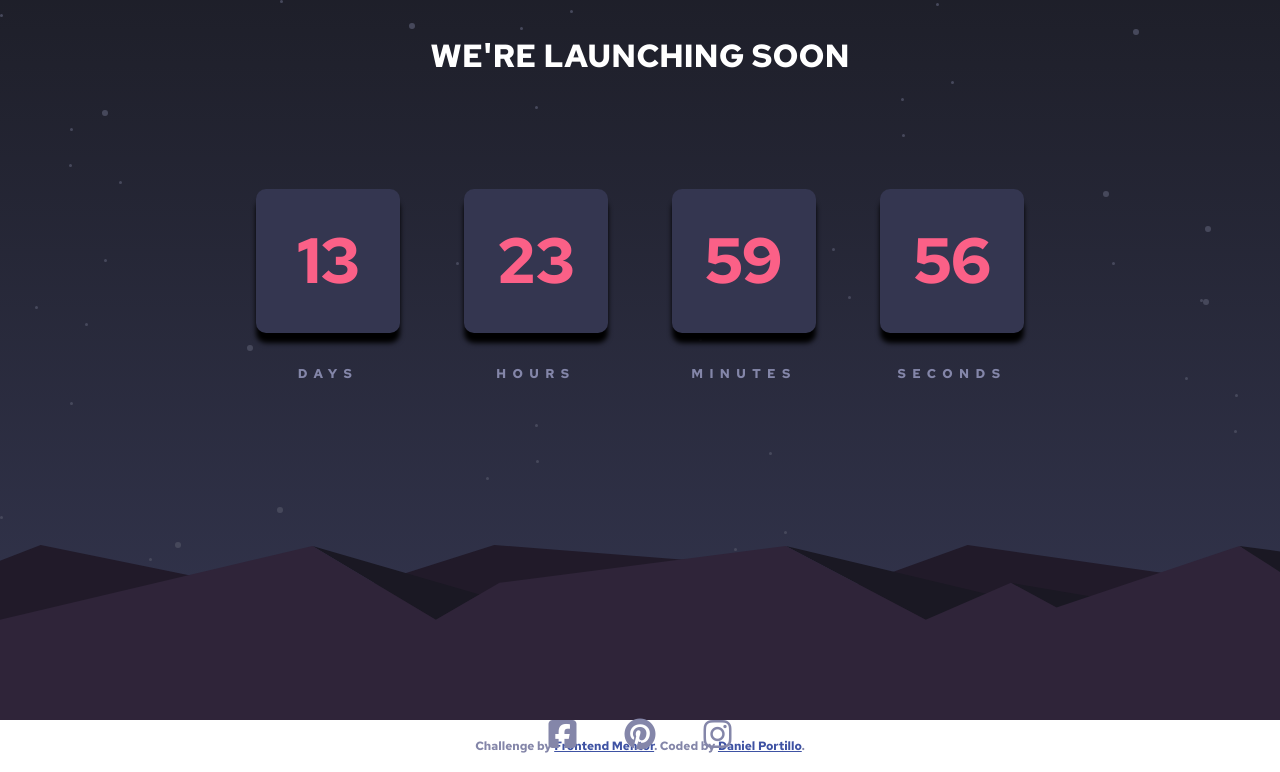
Repository: dportillo23/launch-countdown-timer-main
Page: index.html
These files come from the project's save history. The page is drawn as it stood at one moment and after the next save; the edit follows.
The browser window is 1280 px wide. The pictures show the whole page.
Some web libraries are served in a nearby version. The style sheet was rebuilt from its Sass, Less or Tailwind sources for each picture, by a compiler version that may differ from the author's.

Above is the page before, as saved 2021-07-01 13:17:26.

After the next save:
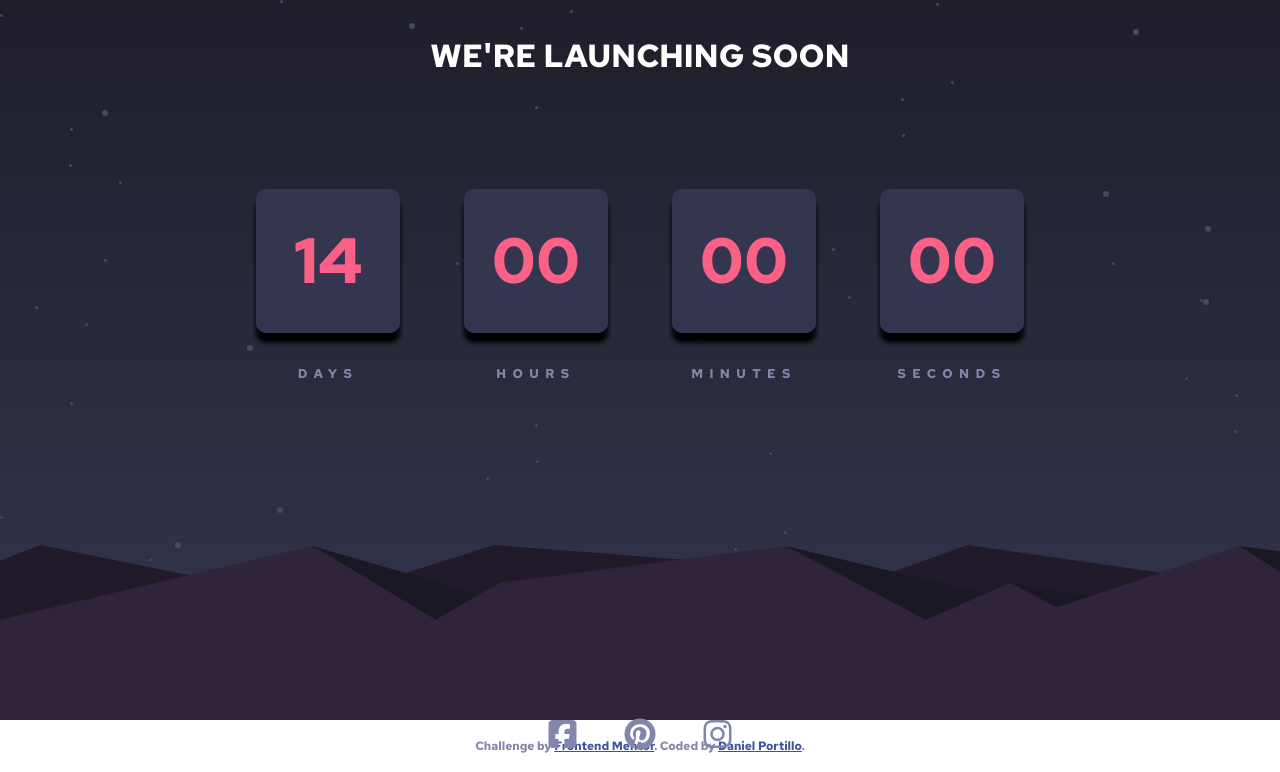
Console error: ReferenceError: sistyToZero is not defined
Saved 4 min 9 s later.
--- a/app.js
+++ b/app.js
@@ -7,6 +7,7 @@
     return num
 }
 
+//  Function to add leading zeros if needed
 function addLeadingZero(num) {
     if (num < 10) {
         num = "0" + num;
@@ -24,13 +25,13 @@
 
     setNewTimes(_time) {
         this.pastTime = this.actualTime;
-        this.actualTime = addLeadingZero(_time);
+        this.actualTime = sistyToZero(addLeadingZero(_time));
         this.updateTimer(this.actualTime);
         console.log(this.actualTime, this.pastTime);
     }
 
     updateTimer(_newTime) {
-        this.card.innerHTML = sixtyToZero(_newTime);
+        this.card.innerHTML = _newTime;
     }
 
     flipCard() {
@@ -39,6 +40,7 @@
 
 
 }
+
 
 // Constants and DOM objects
 const seconds = 1000;

After the save that followed:
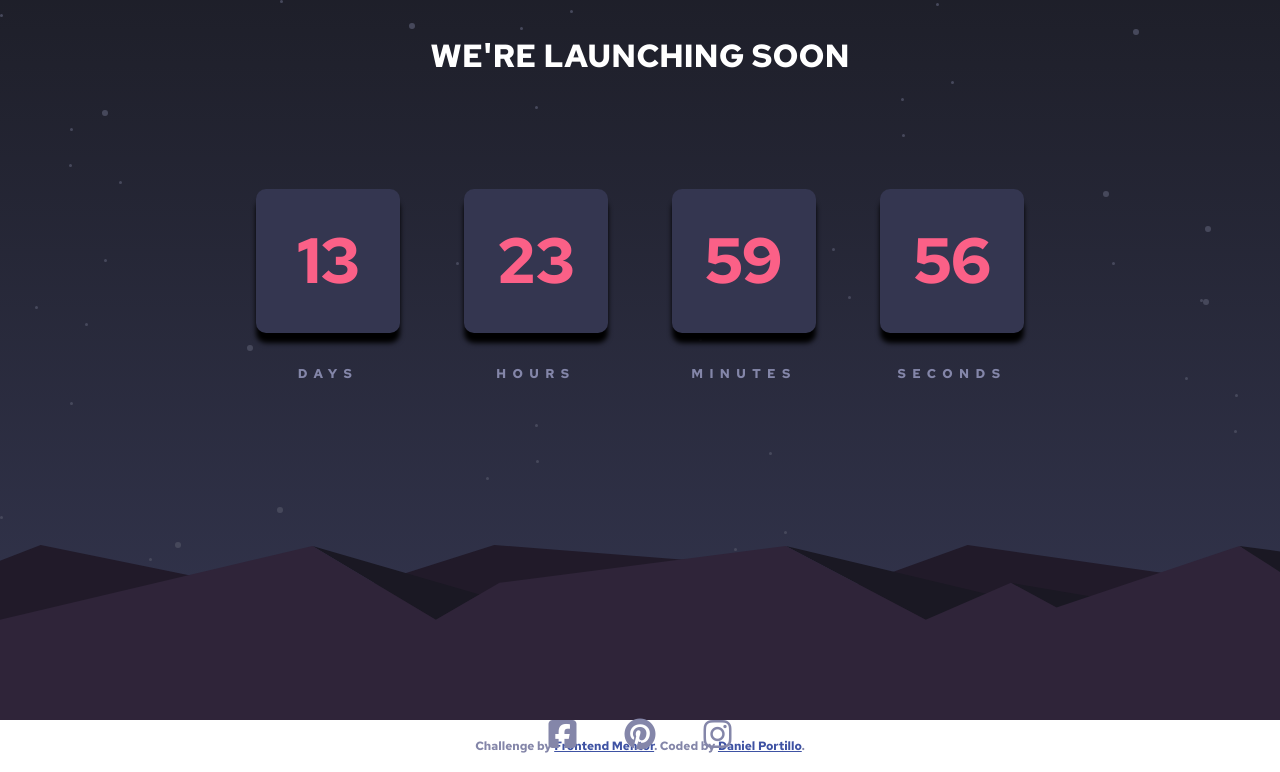
The error is gone.
Saved 13 s later.
--- a/app.js
+++ b/app.js
@@ -25,7 +25,7 @@
 
     setNewTimes(_time) {
         this.pastTime = this.actualTime;
-        this.actualTime = sistyToZero(addLeadingZero(_time));
+        this.actualTime = sixtyToZero(addLeadingZero(_time));
         this.updateTimer(this.actualTime);
         console.log(this.actualTime, this.pastTime);
     }
